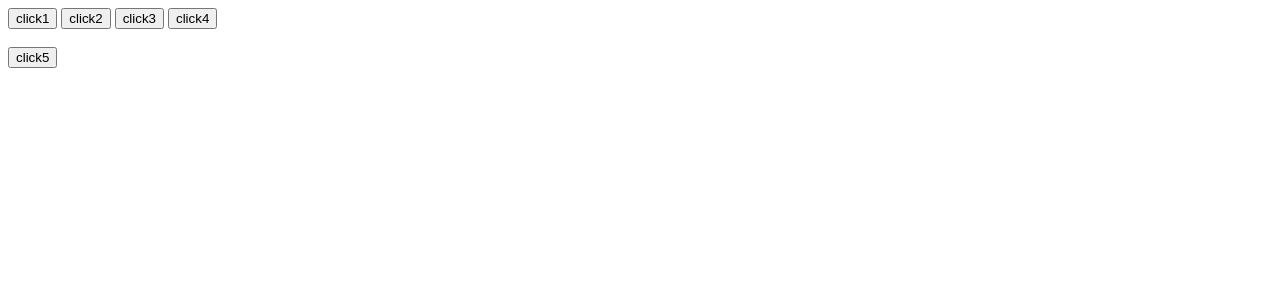
Repository: mirror-neuron/JsonStudy
Page: JsonApp01/WebContent/JsonTest09.html
An editor plug-in stored every save of this project. The page is shown before and after a run of saves, followed by the edit.
The browser window is 1280 px wide. The pictures show the whole page.

Above is the page before, as saved 2019-05-31 06:29:02.

### JsonApp01/WebContent/JsonTest09.html
<script type="text/javascript">

	var obj4 =
	{
		"test" : null
	}

</script>

<form>

	<input type="button" value="click1" onclick="alert(obj4)"/>
	<input type="button" value="click2" onclick="alert(typeof obj4)"/>

	<input type="button" value="click3" onclick="alert(obj4.test)"/>
	<!-- null -->
	<input type="button" value="click4" onclick="alert(typeof obj4.test)"/>
	<!-- object -->

	<br><br>

	<input type="button" value="click5" onclick="obj4.test=false; alert(obj5.test);"/>



</form>

After the next 2 saves:
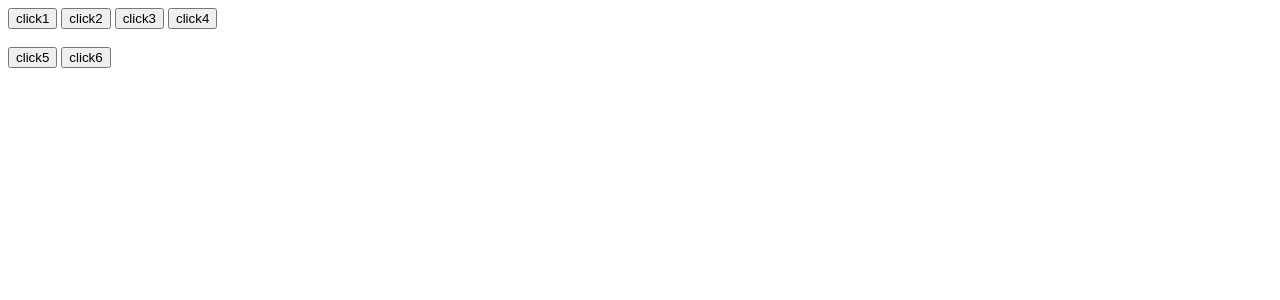
The 2 saves are shown as one change because they came seconds apart.
The last was saved 44 s later.
--- a/JsonApp01/WebContent/JsonTest09.html
+++ b/JsonApp01/WebContent/JsonTest09.html
@@ -21,6 +21,6 @@
 
 	<input type="button" value="click5" onclick="obj4.test=false; alert(obj5.test);"/>
 
-
+	<input type="button" value="click6" onclick="obj4.test=false; alert(typeof obj5. test);"/>
 
 </form>
